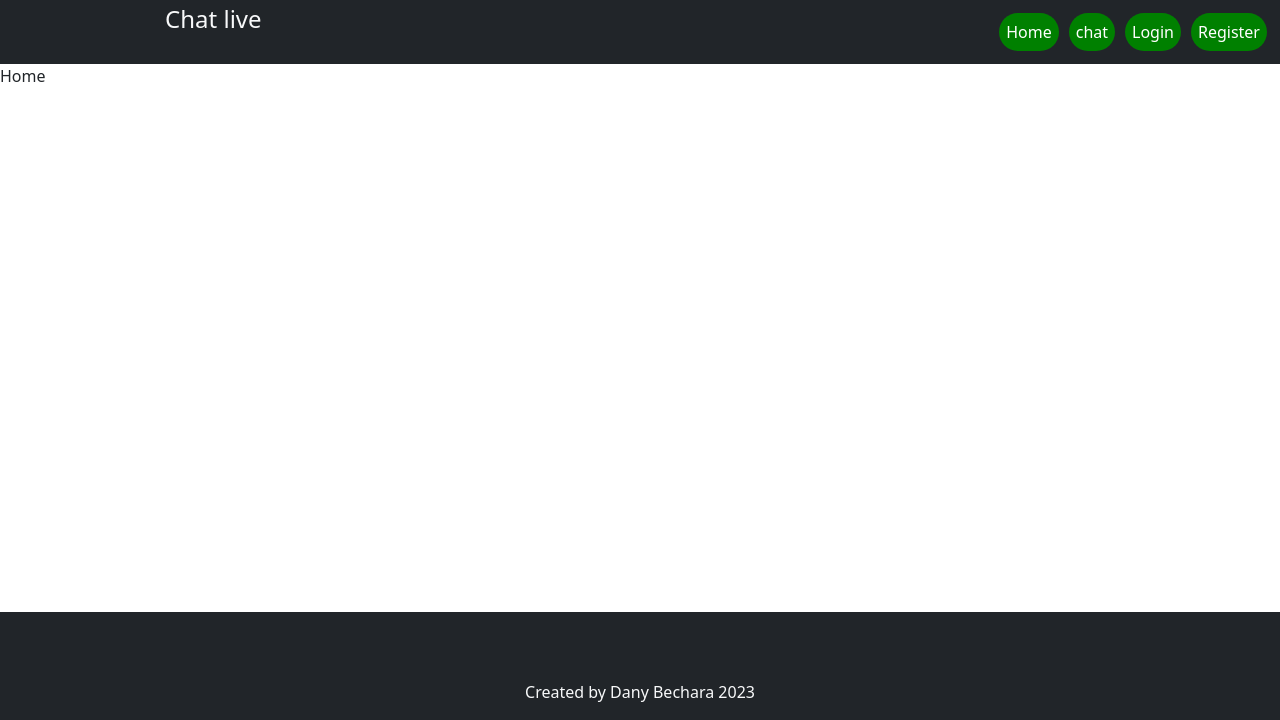
Repository: bechara611/chatv2
Page: /
The author's editor kept a copy of each file at every save. The page is drawn from the files as they stood at one save, then again after the next save.
The browser window is 1280 px wide. The pictures show the whole page.
The project was rebuilt for these pictures with package versions that can differ from the ones it lists, and the page was loaded fresh each time. Also part of the build but not shown: src/auth/components/login.jsx, src/auth/components/register.jsx.

Above is the page before, as saved 2023-03-02 17:36:39.

After the next save:
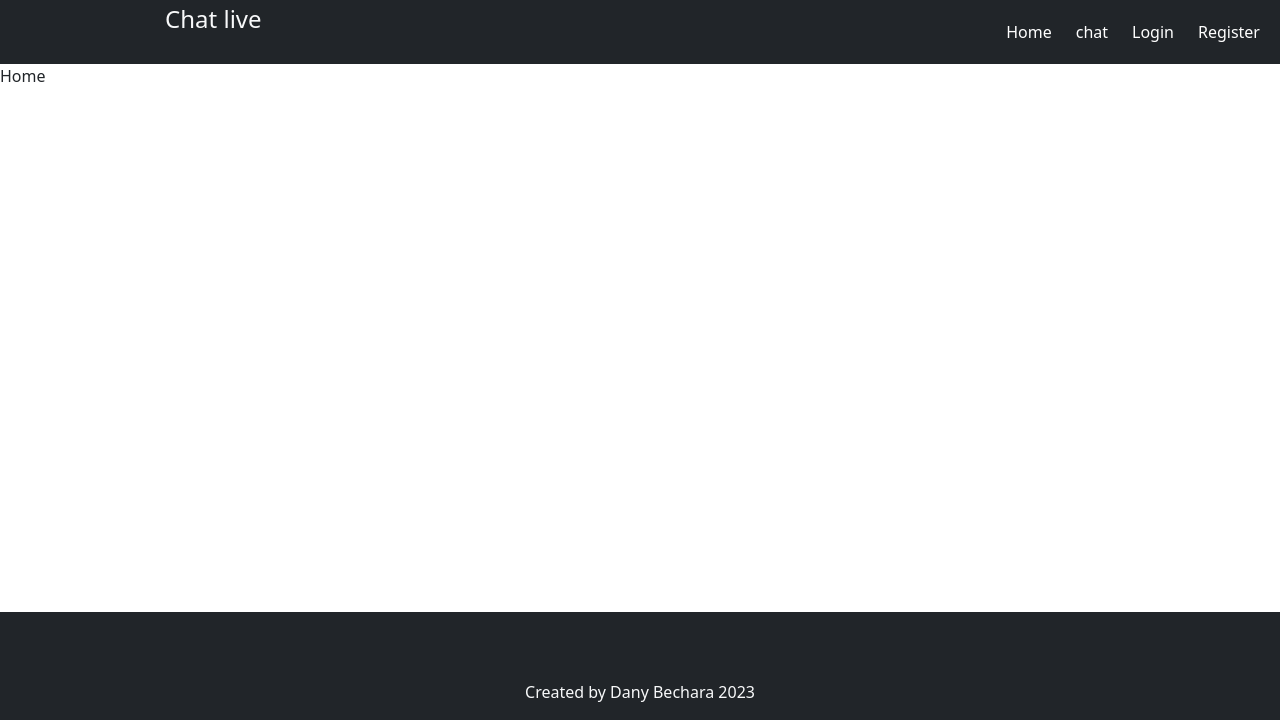
Saved 10 s later.
--- a/src/ui/components/Header.css
+++ b/src/ui/components/Header.css
@@ -18,11 +18,12 @@
    margin: 5px;
    text-decoration: none;
    color: white;
-   background: green;
+
    padding: 7px;
    border-radius: 20px;
 }
 .item-menu:hover{
     text-decoration: none;
+    background: green;
     color: white;
 }
